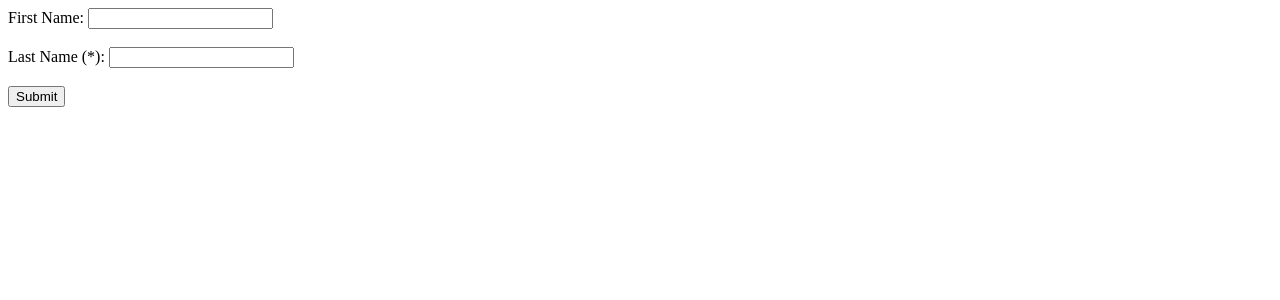
Repository: AbhilashZemoso/SpringLDP
Page: http://localhost/spring-mvc-demo/customer/showForm
These files come from the project's save history. The page is drawn as it stood at one moment and after the next save; the edit follows.
The browser window is 1280 px wide. The pictures show the whole page.
The page is served by Tomcat 9. Other server files are loaded and not shown.

Above is the page before, as saved 2020-10-29 10:37:01.

### spring-mvc-demo/WebContent/WEB-INF/view/customer-form.jsp
<%@ taglib prefix="form" uri="http://www.springframework.org/tags/form" %>

<head>
<head>
	<title>Customer Registration Form</title>

	<style>
		.error {color:red}
	</style>

</head>
<body>
	<form:form action="processForm" modelAttribute="customer">
		First Name: <form:input path="firstName" />
		<br><br>

		Last Name (*): <form:input path="lastName" />
		<form:errors path="lastName" cssClass="error"/>

		<br><br>
		<input type="Submit" value="Submit"/>

	</form:form>

</body>
</head>

After the next save:
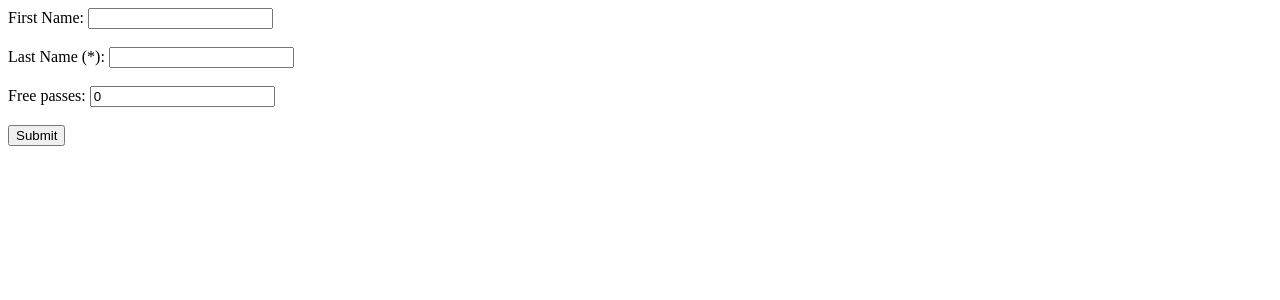
Saved 67 s later.
--- a/spring-mvc-demo/WebContent/WEB-INF/view/customer-form.jsp
+++ b/spring-mvc-demo/WebContent/WEB-INF/view/customer-form.jsp
@@ -18,6 +18,12 @@
 		<form:errors path="lastName" cssClass="error"/>
 
 		<br><br>
+
+		Free passes: <form:input path="freePasses"/>
+		<form:errors path="freePasses" cssClass="error"/>
+
+		<br><br>
+
 		<input type="Submit" value="Submit"/>
 
 	</form:form>
